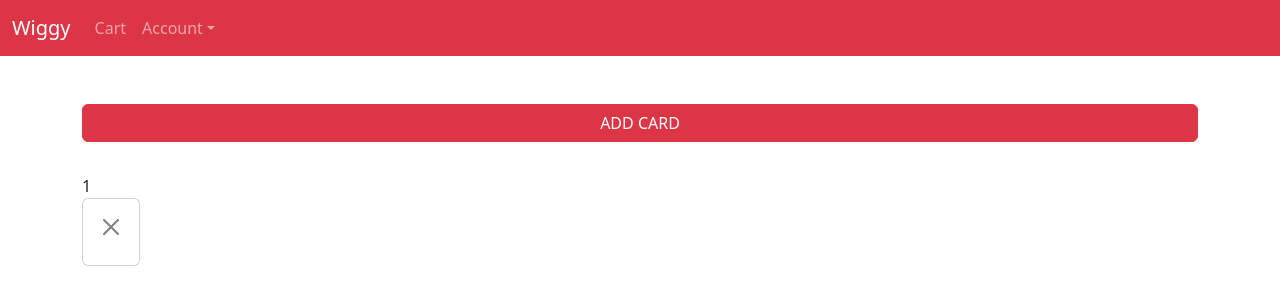
Repository: MohammadGulshan/wiggy
Page: / (app in client/)
These files come from the project's save history. The page is drawn as it stood at one moment and after the next save; the edit follows.
The browser window is 1280 px wide. The pictures show the whole page.
The project was rebuilt for these pictures with package versions that can differ from the ones it lists, and the page was loaded fresh each time. Also part of the build but not shown: client/src/App.css.

Above is the page before, as saved 2020-12-11 03:58:31.

### client/src/index.js
import React from 'react';
import ReactDOM from 'react-dom';
import App from './App';
import reportWebVitals from './reportWebVitals';

ReactDOM.render(
  <React.StrictMode>
    <App />
  </React.StrictMode>,
  document.getElementById('root')
);

// If you want to start measuring performance in your app, pass a function
// to log results (for example: reportWebVitals(console.log))
// or send to an analytics endpoint. Learn more: https://bit.ly/CRA-vitals
reportWebVitals();

### client/src/App.js
import 'bootstrap/dist/css/bootstrap.min.css';
import './App.css';

import AppNavbar from './components/AppNavbar';
import AppCards from './components/AppCards';

function App() {
  return (
    <div className="App">
      <AppNavbar />
      <AppCards />
    </div>
  );
}

export default App;

### client/src/components/AppNavbar.js
import React from "react";
import {
  Collapse,
  Navbar,
  NavbarToggler,
  NavbarBrand,
  Nav,
  NavItem,
  NavLink,
  UncontrolledDropdown,
  DropdownToggle,
  DropdownMenu,
  DropdownItem,
  NavbarText,
} from "reactstrap";

const AppNavbar = (props) => {
  let isOpen = false;
  const toggle = () => isOpen = !isOpen;
  return (
    <div>
      <Navbar color="danger" dark expand="md" className="mb-5">
        <NavbarBrand href="/">Wiggy</NavbarBrand>
        <NavbarToggler onClick={toggle} />
        <Collapse isOpen={isOpen} navbar>
          <Nav className="ml-auto" navbar>
            <NavItem>
              <NavLink href="/cart">Cart</NavLink>
            </NavItem>
            <UncontrolledDropdown nav inNavbar>
              <DropdownToggle nav caret>
                Account
              </DropdownToggle>
              <DropdownMenu right>
                <DropdownItem>
                  Profile
                </DropdownItem>
                <DropdownItem>
                  Orders
                </DropdownItem>
                <DropdownItem divider />
                <DropdownItem>
                  Logout
                </DropdownItem>
              </DropdownMenu>
            </UncontrolledDropdown>
          </Nav>
        </Collapse>
      </Navbar>
    </div>
  );
};

export default AppNavbar;

### client/src/components/AppCards.js
import React, {useState} from 'react';
import { Container, Button, Card, CardBody, CardText, CardGroup, CardTitle } from 'reactstrap';
import { CSSTransition, TransitionGroup } from 'react-transition-group';
import {v1 as uuid} from 'uuid';
import App from '../App';

const AppCards = () => {
    const [state, setState] = useState({
        cards: [
            {id: uuid(), name: 'McDonalds'},
            {id: uuid(), name: 'KFC'},
            {id: uuid(), name: 'Domino\'s'},
            {id: uuid(), name: 'Pizza Hut'}
        ]
    });
    const x = [1,2,3];

    return (
        <div>
            <Container>
                <Button color="danger"
                    className="col-12"
                    style={{marginBottom: '2rem'}}
                    onClick={() => {
                        const name = prompt('Enter Restaurant Name');
                        if (name) {
                            setState(state => ({
                                cards: [...state.cards, {id: uuid(), name: name}]
                            }))
                        }
                    }}
                >
                    ADD CARD
                </Button>
                <CardGroup>
                    <TransitionGroup className="cards">
                        {x[0]}
                            <CSSTransition key={uuid()}
                                timeout={500}
                                classNames="fade"
                            >
                                <Card>
                                    <CardBody>
                                        <CardTitle>
                                            <Button close />
                                        </CardTitle>
                                        <CardText>
                                            {/* {value} */}
                                        </CardText>
                                    </CardBody>
                                </Card>
                            </CSSTransition>
                    </TransitionGroup>
                </CardGroup>
            </Container>
        </div>
    );
}

export default AppCards;

Loaded but not shown: client/public/index.html (common file); client/src/reportWebVitals.js (common file)

After the next save:
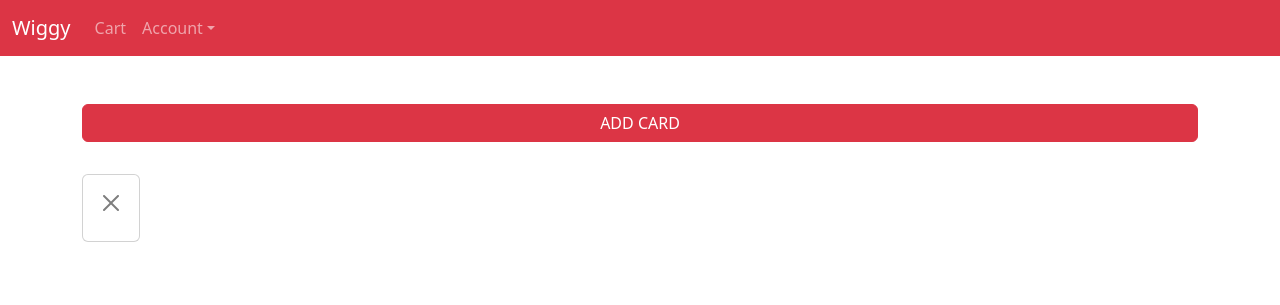
Saved 29 s later.
--- a/client/src/components/AppCards.js
+++ b/client/src/components/AppCards.js
@@ -34,7 +34,9 @@
                 </Button>
                 <CardGroup>
                     <TransitionGroup className="cards">
-                        {x[0]}
+                        {x.map(p => {
+                            <div>{p}</div>
+                        })}
                             <CSSTransition key={uuid()}
                                 timeout={500}
                                 classNames="fade"
